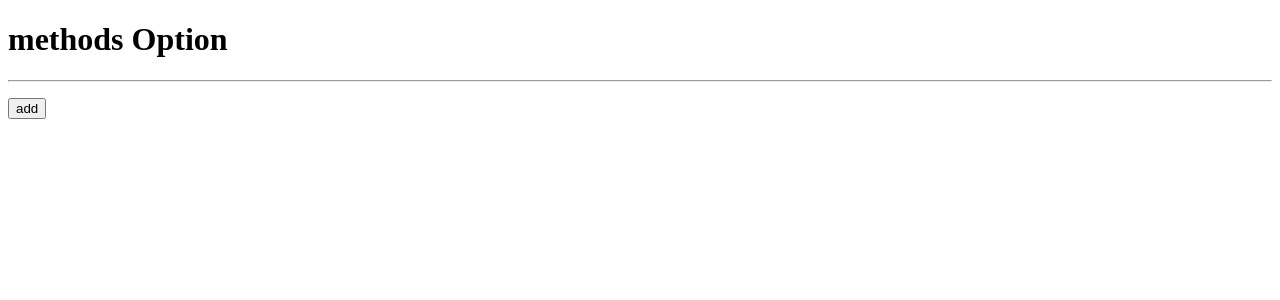
Repository: 13982720426/vue2.0-LearningNotes
Page: example/methods.html
The author's editor kept a copy of each file at every save. The page is drawn from the files as they stood at one save, then again after the next save.
The browser window is 1280 px wide. The pictures show the whole page.

Above is the page before, as saved 2021-06-25 20:30:44.

After the next save:
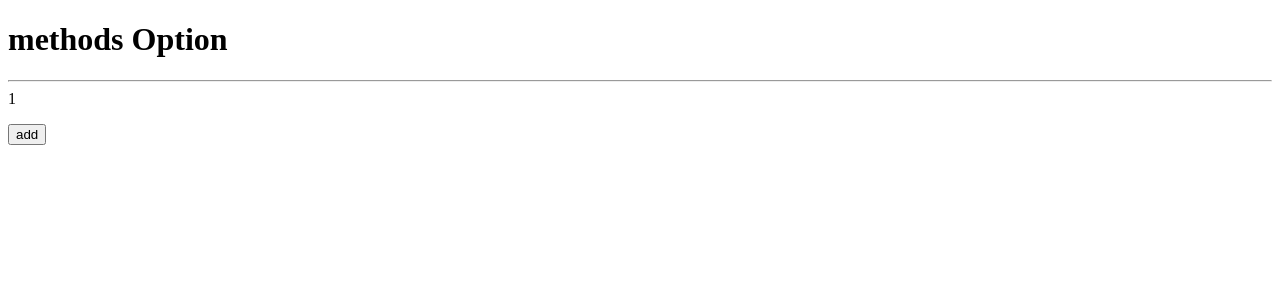
Saved 14 s later.
--- a/example/methods.html
+++ b/example/methods.html
@@ -20,7 +20,7 @@
       var app = new Vue({
         el: '#app',
         data: {
-          message: 'Hello World',
+          a: 1,
         },
       });
     </script>
